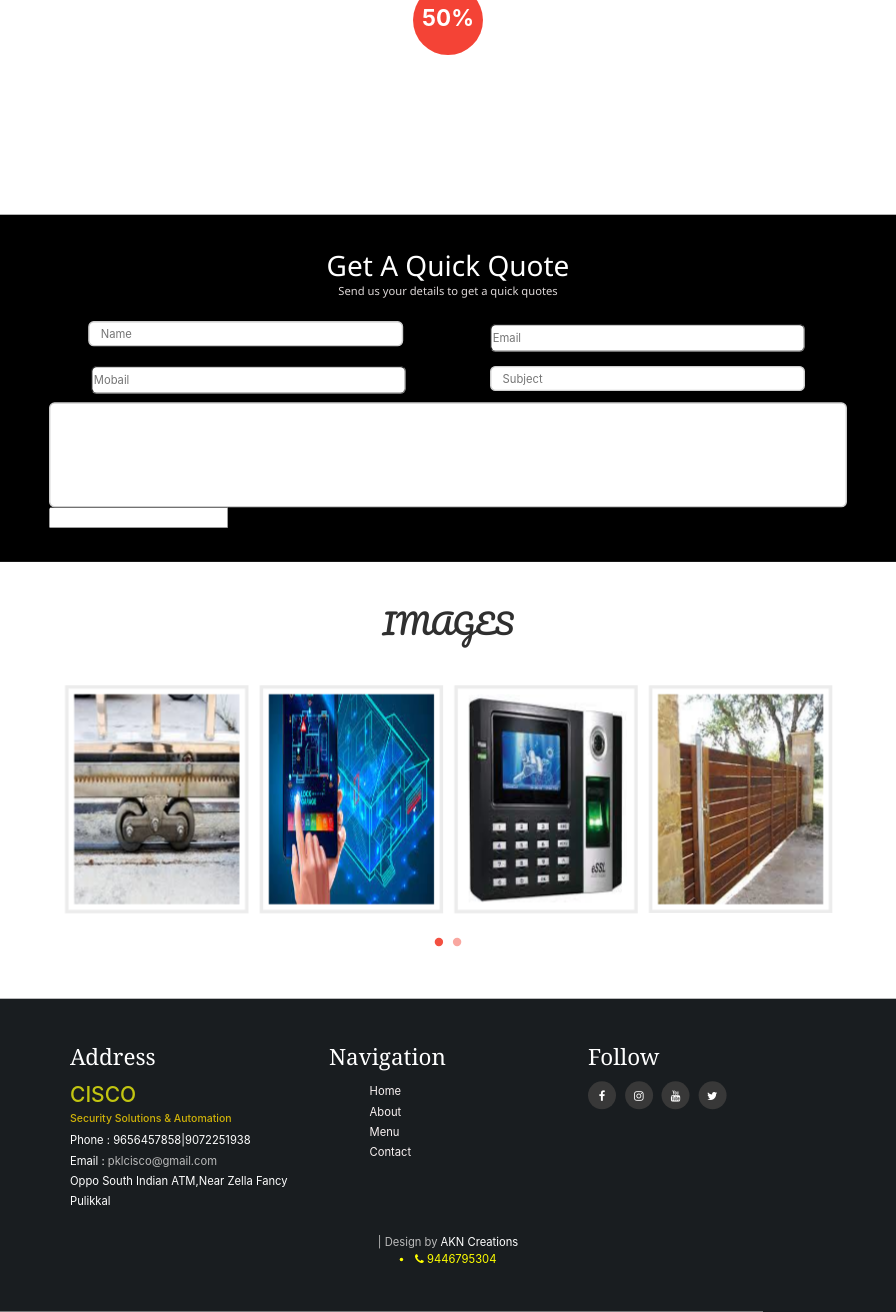
Repository: Nuhman123/Cisco
Page: index.html
These files come from the project's save history. The page is drawn as it stood at one moment and after a run of saves; the edit follows.
The browser window is 1280 px wide. The pictures show the part of the page from y = 2114 to 4034 px (the page is 3988 px tall before and 4034 px after), at 70% of full size.

Above is the page before, as saved 2021-04-10 16:32:25.

### index.html
<!--A Design by W3layouts
Author: W3layout
Author URL: http://w3layouts.com
License: Creative Commons Attribution 3.0 Unported
License URL: http://creativecommons.org/licenses/by/3.0/
-->
<!DOCTYPE html>
<html lang="en">
<head>
<title>CISCO security solutions & automation</title>
<meta name="viewport" content="width=device-width, initial-scale=1">
<meta http-equiv="Content-Type" content="text/html; charset=utf-8" />
<meta name="keywords" content="Royal Recipes Responsive web template, Bootstrap Web Templates, Flat Web Templates, Android Compatible web template,
Smartphone Compatible web template, free webdesigns for Nokia, Samsung, LG, SonyEricsson, Motorola web design" />
<script type="application/x-javascript"> addEventListener("load", function() { setTimeout(hideURLbar, 0); }, false); function hideURLbar(){ window.scrollTo(0,1); } </script>
<!-- bootstrap-css -->
<link href="css/bootstrap.css" rel="stylesheet" type="text/css" media="all" />
<!--// bootstrap-css -->
<!-- css -->
<link rel="stylesheet" href="css/style.css" type="text/css" media="all" />
<!--// css -->
<link rel="stylesheet" href="css/owl.carousel.css" type="text/css" media="all">
<link href="css/owl.theme.css" rel="stylesheet">
<!-- font-awesome icons -->
<link href="css/font-awesome.css" rel="stylesheet">
<!-- //font-awesome icons -->
<!-- font -->
<link href='//fonts.googleapis.com/css?family=Pacifico' rel='stylesheet' type='text/css'>
<link href='//fonts.googleapis.com/css?family=Open+Sans+Condensed:300,300italic,700' rel='stylesheet' type='text/css'>
<!-- //font -->
<script src="js/jquery-1.11.1.min.js"></script>
<script src="js/bootstrap.js"></script>
<script src="https://maxcdn.bootstrapcdn.com/bootstrap/4.0.0/js/bootstrap.min.js" integrity="sha384-JZR6Spejh4U02d8jOt6vLEHfe/JQGiRRSQQxSfFWpi1MquVdAyjUar5+76PVCmYl" crossorigin="anonymous"></script>
<link rel="stylesheet" href="https://maxcdn.bootstrapcdn.com/bootstrap/4.0.0/css/bootstrap.min.css" integrity="sha384-Gn5384xqQ1aoWXA+058RXPxPg6fy4IWvTNh0E263XmFcJlSAwiGgFAW/dAiS6JXm" crossorigin="anonymous">
<!-- light-box -->
<link rel="stylesheet" href="css/lightbox.css">
<!-- //light-box -->
<script src="js/SmoothScroll.min.js"></script>
<!--search jQuery-->
<script src="js/main.js"></script>
<!--//search jQuery-->
<script type="text/javascript">
	jQuery(document).ready(function($) {
		$(".scroll").click(function(event){
			event.preventDefault();
			$('html,body').animate({scrollTop:$(this.hash).offset().top},1000);
		});
	});
</script>

<script>
$(document).ready(function() {
	$("#owl-demo").owlCarousel({

		autoPlay: 3000, //Set AutoPlay to 3 seconds
		autoPlay:true,
		items : 4,
		itemsDesktop : [640,5],
		itemsDesktopSmall : [414,4]

	});

});
</script>
</head>
<body>
	<header class="header-1">
		<div class="container">
			<div class="row">
		<div class="col-xs-3">
			<img src="images/csc0log.png">
		</div>
		<div class="col-xs-5">
			<h1>CISCO</h1>
			<p>Security Solutions & Automation</p>
		</div>
		<div class="col-xs-4">
		<nav class="navbar navbar-expand-lg navbar-light">
			<button style="background-color:white;margin-top: 18px;" class="navbar-toggler" type="button" data-toggle="collapse" data-target="#navbarNavAltMarkup" aria-controls="navbarNavAltMarkup" aria-expanded="false" aria-label="Toggle navigation">
			  <span class="navbar-toggler-icon"></span>
			</button>
			<div class="collapse navbar-collapse" id="navbarNavAltMarkup" style="background-color: rgb(5, 7, 6);margin-top: 17px;">
			  <div class="navbar-nav text-center">
				<a class="nav-item nav-link active" href="index.html" style="color: white;">Home <span class="sr-only">(current)</span></a>
				<a class="nav-item nav-link" href="#services" style="color: white;">Services</a>
				<a class="nav-item nav-link" href="menu.html" style="color: white;z-index: 10;">Menu</a>
				<a class="nav-item nav-link" href="about.html" style="color: white;z-index: 10;">About</a>
				<a class="nav-item nav-link" href="contact.html" style="color: white;z-index: 10;">Condact</a>
			  </div>
			</div>
		  </nav>
		</div>
			</div>
		</div>
	</header>
	<!-- banner -->
	<div class="banner">
		<div class="header">
			<div class="container">
				<div class="logo">

				</div>
				<div class="clearfix"> </div>
			</div>
		</div>
		<div class="banner-slider">
			<div class="container">
				<div class="slider">
					<div class="callbacks_container">
						<ul class="rslides callbacks callbacks1" id="slider4">
							<li>
								<div class="agileits-banner-info">
									<img src="images/csc0log.png">
									<h3>CISCO</h3>
									<h5>Security Solutions & Automation</h5>
									<p>CCTV Installation,EPBAX,Home Automation,Automatic Gate,Video Door Phone,Access Control System,Security Alarm System,Solar System,Biometric AttendanceSystem</p>
									<a href="#services">Services</a>

								</div>
							</li>
							<li>
								<div class="agileits-banner-info">
									<h3>CCTV<br> Installation</h3>
									<p>CCTV Installation,EPBAX,Home Automation,Automatic Gate,Video Door Phone,Access Control System,Security Alarm System,Solar System,Biometric AttendanceSystem</p>
									<a href="#services">Services</a>

								</div>
							</li>
							<li>
								<div class="agileits-banner-info">
									<img src="images/csc0log.png">
									<h3>CISCO</h3>
									<p>CCTV Installation,EPBAX,Home Automation,Automatic Gate,Video Door Phone,Access Control System,Security Alarm System,Solar System,Biometric AttendanceSystem</p>
									<a href="#services">Services</a>
								</div>
							</li>
						</ul>
						<div class="social text-center">
							<ul>
								<li><a href="https://www.facebook.com/cisco_security_solutions-101064504984043/"><i class="fa fa-facebook"></i></a></li>
								<li><a href="https://www.instagram.com/cisco_security_solutions?r=nametag"><i class="fa fa-instagram"></i></a></li>
								<li><a href="https://youtube.com/channel/UCSI_CHHL5nW7fggODaksUw"><i class="fa fa-youtube"></i></a></li>
								<li><a href="https://twitter.com"><i class="fa fa-twitter"></i></a></li>
							</ul>
						</div>
					</div>
					<script src="js/responsiveslides.min.js"></script>
					<script>
						// You can also use "$(window).load(function() {"
						$(function () {
						  // Slideshow 4
						  $("#slider4").responsiveSlides({
							auto: true,
							pager:true,
							nav:false,
							speed: 500,
							namespace: "callbacks",
							before: function () {
							  $('.events').append("<li>before event fired.</li>");
							},
							after: function () {
							  $('.events').append("<li>after event fired.</li>");
							}
						  });

						});
					 </script>
					<!--banner Slider starts Here-->
				</div>
			</div>
		</div>
	</div>
	<!-- banner -->
	<!-- services -->
	<section class="bg-light p-4 mt-5" id="services">
		<div class="container">
		  <h1 class="services text-center">Our Services</h1>
		  <div class="row">
			<div class="col-lg-4 col-md-6 pt-3">
			  <div class="card text-center">
				<div class="card-body">
				  <h5 class="card-title">CCTV Installation</h5>
				  <p class="card-text">
					CCTV systems may operate continuously or only as required to monitor a particular event. A more advanced form of CCTV, using digital video recorders (DVRs), provides recording for possibly many years, with a variety of quality and performance options and extra features (such as motion detection and email alerts).
					</p>
				</div>
			  </div>
			</div>
			<div class="col-lg-4 col-md-6 pt-3">
			  <div class="card text-center ">

				<div class="card-body">
				  <h5 class="card-title">EPBAX</h5>
				  <p class="card-text">EPABX stands for Electronic Private Automatic Branch Exchange which is a private telephone network used by the organizations and the companies for various types of communication, either between the employees or outside the clients.</p>
				</div>
			  </div>
			</div>
			<div class="col-lg-4 col-md-6 pt-3">
			  <div class="card text-center ">

				<div class="card-body">
				  <h5 class="card-title">Home Automation</h5>
				  <p class="card-text"> home automation system integrates all the electrical devices in the house with each other, it includes centralized control of lighting, HVAC(Heat, ventilation and air conditioning) appliances, security locks and other systems to improve comfort, conveniences, security and energy efficiency.</p>
				</div>
			  </div>
			</div>
			<div class="col-lg-4 col-md-6 pt-3">
			  <div class="card text-center">
				<div class="card-body">
				  <h5 class="card-title">Automatic Gate</h5>
				  <p class="card-text"></p>
				</div>
			  </div>
			</div>
			<div class="col-lg-4 col-md-6  pt-3">
			  <div class="card text-center">
				<div class="card-body">
				  <h5 class="card-title">Video Door Phone</h5>
				  <p class="card-text">video door phone lets you see and communicate with the visitor without being physically present on the door. After knowing the purpose of visit and if required, you can choose to open the door or keep it closed. So, the video door phone is a great system to ensure the safety and security of your family and home.</p>
				</div>
			  </div>
			</div>
			<div class="col-lg-4 col-md-6  pt-3">
			  <div class="card text-center ">
				<div class="card-body">
				  <h5 class="card-title">Access Control System</h5>
				  <p class="card-text"></p>
				</div>
			  </div>
			</div>
			<div class="col-lg-4 col-md-6  pt-3">
				<div class="card text-center ">
				  <div class="card-body">
					<h5 class="card-title">Security Alarm System</h5>
					<p class="card-text"></p>
				  </div>
				</div>
			  </div>
			  <div class="col-lg-4 col-md-6  pt-3">
				<div class="card text-center ">
				  <div class="card-body">
					<h5 class="card-title">Solar System</h5>
					<p class="card-text">The Solar System is made up of all the planets that orbit our Sun. In addition to planets, the Solar System also consists of moons, comets, asteroids, minor planets, dust and gas. The inner solar system contains the Sun, Mercury, Venus, Earth and Mars. ... Everything in the Solar System orbits or revolves around the Sun.</p>
				  </div>
				</div>
			  </div>
			  <div class="col-lg-4 col-md-6  pt-3">
				<div class="card text-center ">
				  <div class="card-body">
					<h5 class="card-title">Biometric Attendance System</h5>
					<p class="card-text"></p>
				  </div>
				</div>
			  </div>
		  </div>
		</div>
	  </section>
	<!-- //services -->
	<!-- offer -->
	<div class="jarallax offer">
		<div class="container">
			<div class="w3l-offer-heading">
				<h3>Today Offers</h3>
			</div>
			<div class="w3ls-offer-slider">
				<div class="slider">
					<div class="callbacks_container">
						<ul class="rslides callbacks callbacks1" id="slider3">
							<li>
								<div class="agileinfo-offer-grid">
									<h4>45<span>%</span></h4>
									<h5>Pork Vindaloo</h5>
									<p>Quisque scelerisque rutrum nunc, eget hendrerit diam porta efficitur. Duis bibendum consequat est, sed efficitur arcu. Morbi viverra, leo sit amet vestibulum dignissim, tortor est dignissim dolor, eu accumsan est urna id felis. </p>
								</div>
							</li>
							<li>
								<div class="agileinfo-offer-grid">
									<h4>50%</h4>
									<h5>Phaal Curry</h5>
									<p>Vestibulum euismod porttitor interdum. Vivamus porta consectetur nulla porttitor hendrerit. Pellentesque ultrices augue ut nibh feugiat, nec egestas orci cursus. Sed vehicula quis erat sed lobortis. Curabitur eleifend sit amet.</p>
								</div>
							</li>
							<li>
								<div class="agileinfo-offer-grid">
									<h4>64%</h4>
									<h5>Laal Maas</h5>
									<p>Aenean volutpat auctor ultrices. Aliquam ac turpis ultrices, porta enim at, interdum velit. Ut ligula justo, sodales eu nisi a, molestie dictum leo. Sed blandit porta ante, at consequat nulla fermentum a. Donec aliquet tristique.</p>
								</div>
							</li>
						</ul>
					</div>
					<script>
						// You can also use "$(window).load(function() {"
						$(function () {
						  // Slideshow 4
						  $("#slider3").responsiveSlides({
							auto: true,
							pager:false,
							nav:false,
							speed: 500,
							namespace: "callbacks",
							before: function () {
							  $('.events').append("<li>before event fired.</li>");
							},
							after: function () {
							  $('.events').append("<li>after event fired.</li>");
							}
						  });

						});
					 </script>
					<!--banner Slider starts Here-->
				</div>
			</div>
			<script src="js/jarallax.js"></script>
		</div>
	</div>
	<!-- //offer -->
	<section class="form-quote">
		<div class="container">
		<div class="contact-form">
			<h3>Get A Quick Quote</h3>
			<p class="" >Send us your details to get a quick quotes</p>
			<form>
				<div class="row"align="center">
					<div class="col-xs-12 col-sm-12 col-md-12 col-lg-6">
						<input type="text" placeholder="Name" style="width: 450px;background: white;height: 30px;border-radius: 8px;">
					</div>
					<div class="col-xs-12 col-sm-12 col-md-12 col-lg-6">
						<input type="email" placeholder="Email" style="width: 450px;background: white;margin: 4px; height: 40px;border-radius: 8px;">
					</div>
					<div class="col-xs-12 col-sm-12 col-md-12 col-lg-6">
						<input type="tel" placeholder="Mobail" style="width: 450px;background: white;margin: 12px; height: 40px;border-radius: 8px;">
					</div>
					<div class="col-xs-12 col-sm-12 col-md-12 col-lg-6">
						<input type="text" placeholder="Subject" style="width: 450px;background: white;margin: 12px; height: 30px;border-radius: 8px;">
					</div>
					<textarea class="col-xs-12" style="background: white;width: outo; border-radius: 8px;"></textarea>
					<input
				</div>
			  </form>
		</div>
			</div>
	</section>
	<!-- special -->
	<div class="special">
		<div class="container">
			<div class="wthree-special-heading">
				<h3>IMAGES</h3>
			</div>
			<div class="special-grids">
				<div id="owl-demo" class="owl-carousel owl-theme">
						<div class="item">
							<div class="w3-agileits-special-grid-info">
								<img src="images/289c9c264087cddc084383969cd6e19f.jpg" alt="" />
							</div>
						</div>
						<div class="item">
							<div class="w3-agileits-special-grid-info">
								<img src="images/ghy.jfif" alt="" />

							</div>
						</div>
						<div class="item">
							<div class="w3-agileits-special-grid-info">
								<img src="images/h automations.jfif" alt="" />

							</div>
						</div>
						<div class="item">
							<div class="w3-agileits-special-grid-info">
								<img src="images/bio2.jfif" alt="" />
							</div>
						</div>
						<div class="item">
							<div class="w3-agileits-special-grid-info">
								<img src="images/guf.jfif" alt="" />

							</div>
						</div>
						<div class="item">
							<div class="w3-agileits-special-grid-info">
								<img src="images/epbax.jpeg" alt="" />

							</div>
						</div>
						<div class="item">
							<div class="w3-agileits-special-grid-info">
								<img src="images/h automations.jfif4.jfif" alt="" />

							</div>
						</div>
						<div class="item">
							<div class="w3-agileits-special-grid-info">
								<img src="images/cctv3.jpg" alt="" />

							</div>
						</div>
				</div>
			</div>
		</div>
	</div>
	<!-- //special -->
	<!-- footer -->
	<div class="w3-agile-footer">
		<div class="container">
			<div class="footer-grids">
				<div class="col-md-4 footer-grid">
					<div class="footer-grid-heading">
						<h4>Address</h4>
					</div>
					<div class="footer-grid-info">
						<h1 class="">CISCO</h1>
					<h4 class="">Security Solutions & Automation</h4>
					</di>
					<p class="phone">Phone : 9656457858|9072251938
						<span>Email : <a href="pklcisco@gmail.com">pklcisco@gmail.com</a></span>
					</p>
					<p>Oppo South Indian ATM,Near Zella Fancy 	Pulikkal </p>
				</div>

				</div>
				<div class="col-md-4 footer-grid">
					<div class="footer-grid-heading">
						<h4>Navigation</h4>
					</div>
					<div class="footer-grid-info">
						<ul class="">
							<li><a href="index.html">Home</a></li>
							<li><a href="about.html">About</a></li>
							<li><a href="menu.html">Menu</a></li>
							<li><a href="contact.html">Contact</a></li>
						</ul>
					</div>
				</div>
				<div class="col-md-4 footer-grid">
					<div class="footer-grid-heading">
						<h4>Follow</h4>
					</div>
					<div class="social">
						<ul>
							<li><a href="https://www.facebook.com/cisco_security_solutions-101064504984043/"><i class="fa fa-facebook"></i></a></li>
							<li><a href="https://www.instagram.com/cisco_security_solutions?r=nametag"><i class="fa fa-instagram"></i></a></li>
							<li><a href="https://youtube.com/channel/UCSI_CHHL5nW7fggODaksUw"><i class="fa fa-youtube"></i></a></li>
							<li><a href="https://twitter.com"><i class="fa fa-twitter"></i></a></li>
						</ul>
					</div>
				<div class="clearfix"> </div>
			</div>
		</div>
	</div>
	<div class="agileits-w3layouts-copyright">
		<p>| Design by <a href=""> AKN Creations </a> </p>
		<li style="color: yellow;"><i  class="fa fa-phone" aria-hidden="true"></i> 9446795304</li>
	</div>
	</div>
	<!-- //footer -->
	<script src="js/owl.carousel.js"></script>
	<script type="text/javascript" src="js/move-top.js"></script>
	<script type="text/javascript" src="js/easing.js"></script>
	<!-- here stars scrolling icon -->
	<script type="text/javascript">
		$(document).ready(function() {
			/*
				var defaults = {
				containerID: 'toTop', // fading element id
				containerHoverID: 'toTopHover', // fading element hover id
				scrollSpeed: 1200,
				easingType: 'linear'
				};
			*/

			$().UItoTop({ easingType: 'easeOutQuart' });

			});
	</script>
<!-- //here ends scrolling icon -->
<script type="text/javascript">
			/* init Jarallax */
			$('.jarallax').jarallax({
				speed: 0.5,
				imgWidth: 1366,
				imgHeight: 768
			})
		</script>
</body>
</html>

Loaded but not shown: css/bootstrap.css (library); css/owl.carousel.css (common file); css/owl.theme.css (common file); css/font-awesome.css (library); js/jquery-1.11.1.min.js (library); js/bootstrap.js (library); css/lightbox.css (library); js/SmoothScroll.min.js (library); js/responsiveslides.min.js (library); js/owl.carousel.js (library); js/jarallax.js (433 lines, source omitted); js/easing.js (140 lines, source omitted); js/main.js (100 lines, source omitted); js/move-top.js (5 lines, source omitted); css/style.css (2111 lines, source omitted)

After the next 8 saves:
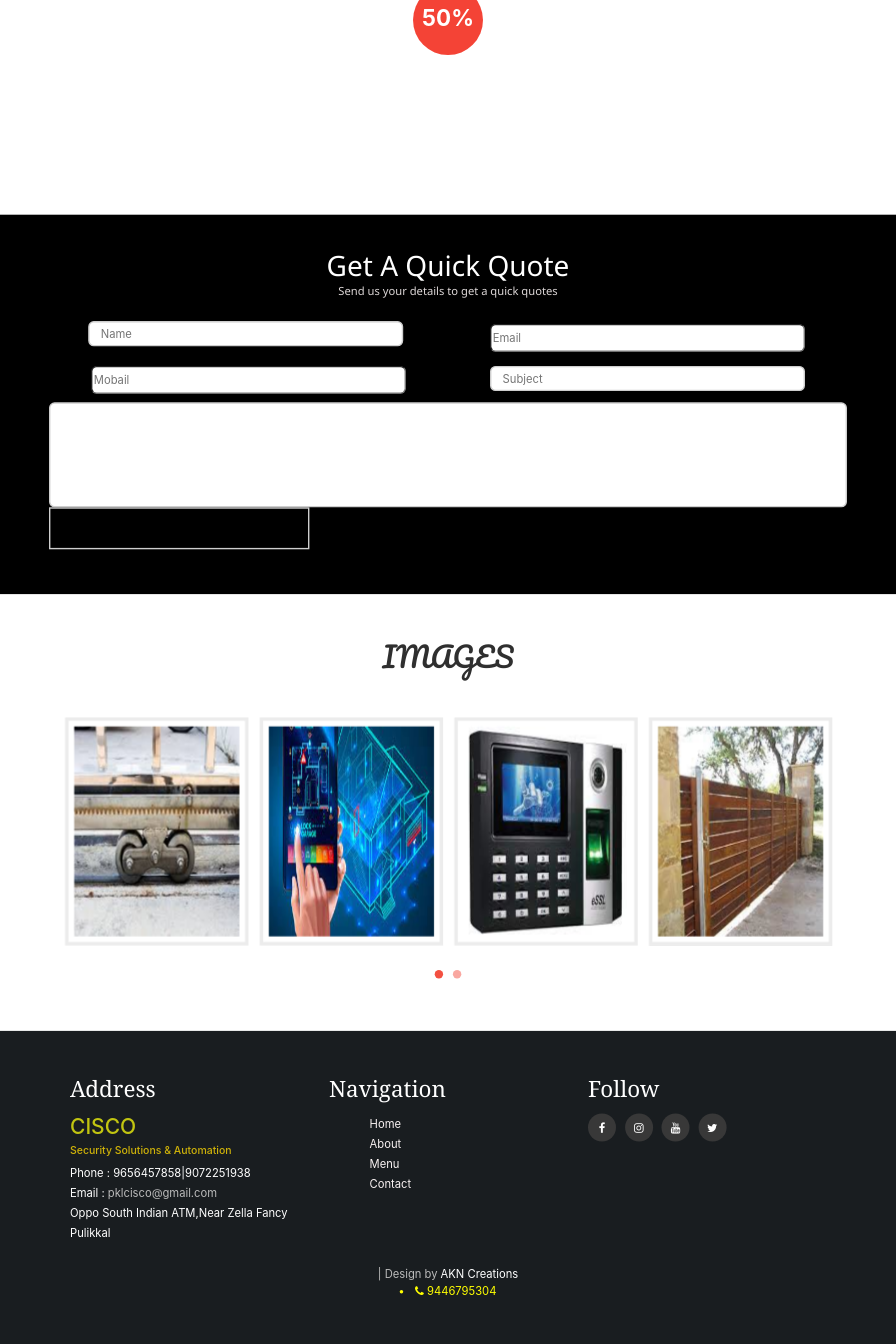
The 8 saves are shown as one change because they came seconds apart.
The last was saved 12 s later.
--- a/index.html
+++ b/index.html
@@ -336,7 +336,7 @@
 						<input type="text" placeholder="Subject" style="width: 450px;background: white;margin: 12px; height: 30px;border-radius: 8px;">
 					</div>
 					<textarea class="col-xs-12" style="background: white;width: outo; border-radius: 8px;"></textarea>
-					<input
+					<input type="text"
 				</div>
 			  </form>
 		</div>
